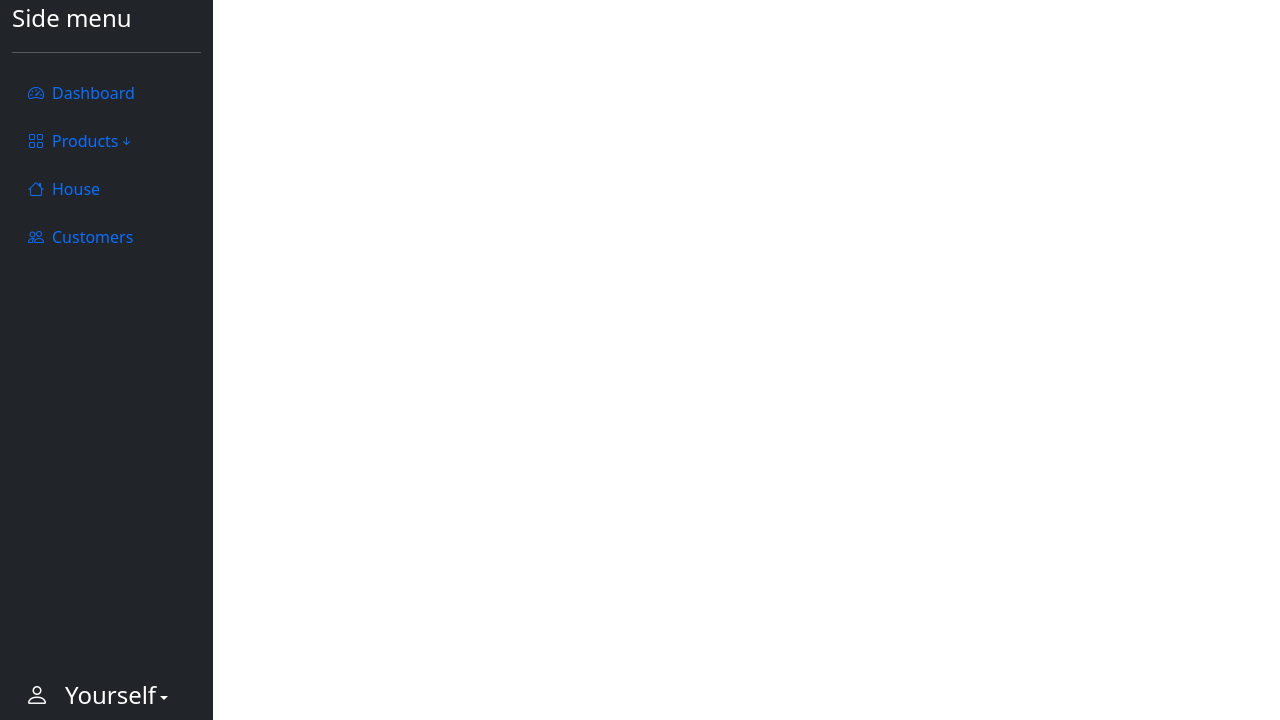
Repository: iqbalaamir/dashboard
Page: /
An editor plug-in stored every save of this project. The page is shown before and after the next save, followed by the edit.
The browser window is 1280 px wide. The pictures show the whole page.
The project was rebuilt for these pictures with package versions that can differ from the ones it lists, and the page was loaded fresh each time. Also part of the build but not shown: src/App.css.

Above is the page before, as saved 2023-04-24 16:34:42.

After the next save:
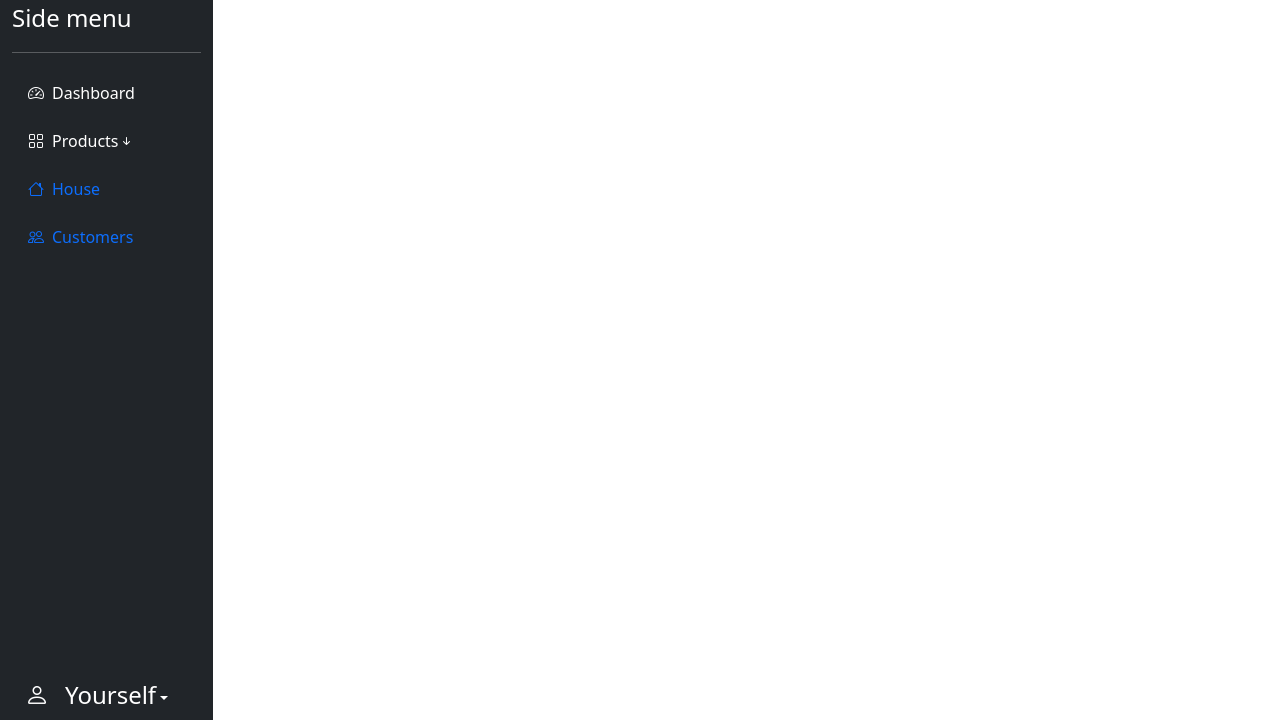
Saved 42 s later.
--- a/src/components/Sidebar.js
+++ b/src/components/Sidebar.js
@@ -13,14 +13,14 @@ export default function Sidebar() {
             </a>
             <hr className="text-white d-none d-sm-block"></hr>
             <ul class="nav nav-pills flex-column " id="parentM">
-              <li class="nav-item text-white my-1">
-                <a class="nav-link" href="#" aria-current="page">
+              <li class="nav-item  my-1">
+                <a class="nav-link text-white" href="#" aria-current="page">
                   <i className="bi bi-speedometer2"></i>
                   <span className="ms-2">Dashboard</span>
                 </a>
               </li>
-              <li class="nav-item text-white my-1">
-                <a class="nav-link" href="#submenu" data-bs-toggle="collapse" aria-current="page">
+              <li class="nav-item  my-1">
+                <a class="nav-link text-white" href="#submenu" data-bs-toggle="collapse" aria-current="page">
                   <i className="bi bi-grid"></i>
                   <span className="ms-2">Products</span>
                   <i className="bi bi-arrow-down-short"></i>
